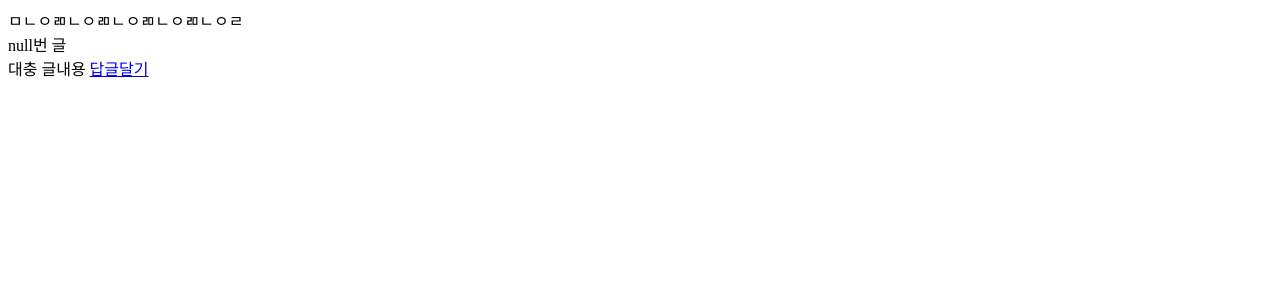
Repository: SniperDitto/save
Page: http://localhost/Boards0425/02_client/04_boards/content.jsp
The author's editor kept a copy of each file at every save. The page is drawn from the files as they stood at one save, then again after the next save.
The browser window is 1280 px wide. The pictures show the whole page.
The page is served by Tomcat 9. Other server files are loaded and not shown.

Above is the page before, as saved 2022-05-06 02:11:31.

### 2022JAVA_YSH 1/JAVA/Web/Boards0425/WebContent/02_client/04_boards/content.jsp
<%@page import="Pkg.Client.Boards.BoardVO"%>
<%@ page language="java" contentType="text/html; charset=UTF-8"
    pageEncoding="UTF-8"%>
<jsp:useBean id="vo" class="Pkg.Client.Boards.BoardVO"></jsp:useBean>
<jsp:setProperty name="vo" property="*"/>
<!DOCTYPE html>
<html>
<head>
<meta charset="UTF-8">
<title>글내용</title>
</head>
<body>
ㅁㄴㅇㄻㄴㅇㄻㄴㅇㄻㄴㅇㄻㄴㅇㄹ<br>
<%=vo.getIdx() %>번 글<br>
대충 글내용


<%
	String url = "./write.jsp";
	url += "?idx="+vo.getIdx();
	url += "&regnum="+vo.getRegnum();
	url += "&lvl="+vo.getLvl();
	url += "&combine="+vo.getCombine();
	url += "&delnum="+vo.getDelnum();
%>

<a href="<%=url %>">답글달기</a>

</body>
</html>

### 2022JAVA_YSH 1/JAVA/Web/Boards0425/src/Pkg/Client/Boards/BoardVO.java
package Pkg.Client.Boards;

public class BoardVO {

	private String idx;
	private String title;
	private String content;
	private String userID;//세션에 있음
	private String regnum;
	private String lvl;
	private String combine;
	private String visited;//db에서 처리
	private String regdate;//db에서 처리
	private String lMenuID;
	private String ord;
	private String delnum;

	public String getIdx() {
		return idx;
	}
	public void setIdx(String idx) {
		this.idx = idx;
	}
	public String getTitle() {
		return title;
	}
	public void setTitle(String title) {
		this.title = title;
	}
	public String getContent() {
		return content;
	}
	public void setContent(String content) {
		this.content = content;
	}
	public String getUserID() {
		return userID;
	}
	public void setUserID(String userID) {
		this.userID = userID;
	}
	public String getRegnum() {
		return regnum;
	}
	public void setRegnum(String regnum) {
		this.regnum = regnum;
	}
	public String getLvl() {
		return lvl;
	}
	public void setLvl(String lvl) {
		this.lvl = lvl;
	}
	public String getCombine() {
		return combine;
	}
	public void setCombine(String combine) {
		this.combine = combine;
	}
	public String getVisited() {
		return visited;
	}
	public void setVisited(String visited) {
		this.visited = visited;
	}
	public String getRegdate() {
		return regdate;
	}
	public void setRegdate(String regdate) {
		this.regdate = regdate;
	}
	public String getlMenuID() {
		return lMenuID;
	}
	public void setlMenuID(String lMenuID) {
		this.lMenuID = lMenuID;
	}
	public String getOrd() {
		return ord;
	}
	public void setOrd(String ord) {
		this.ord = ord;
	}
	public String getDelnum() {
		return delnum;
	}
	public void setDelnum(String delnum) {
		this.delnum = delnum;
	}

	@Override
	public String toString() {
		return "BoardVO [idx=" + idx + ", title=" + title + ", content=" + content + ", userID=" + userID + ", regnum="
				+ regnum + ", lvl=" + lvl + ", combine=" + combine + ", visited=" + visited + ", regdate=" + regdate
				+ ", lMenuID=" + lMenuID + ", ord=" + ord + ", delnum=" + delnum + "]";
	}



}

After the next save:
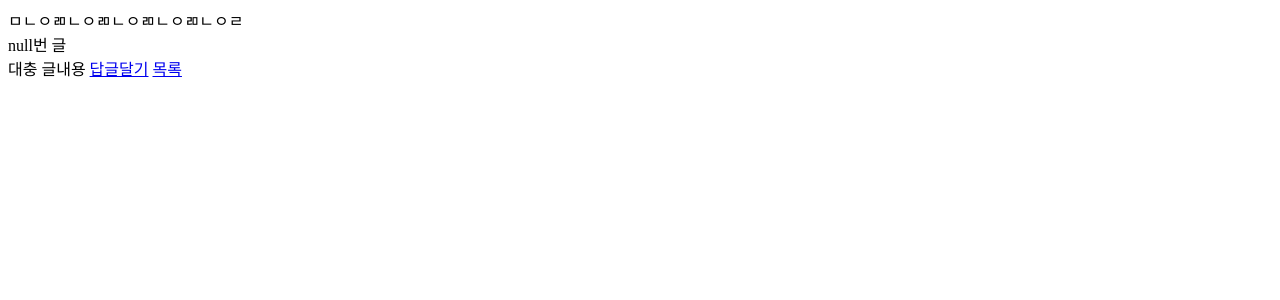
Saved 27 s later.
--- a/2022JAVA_YSH 1/JAVA/Web/Boards0425/WebContent/02_client/04_boards/content.jsp
+++ b/2022JAVA_YSH 1/JAVA/Web/Boards0425/WebContent/02_client/04_boards/content.jsp
@@ -25,6 +25,6 @@
 %>
 
 <a href="<%=url %>">답글달기</a>
-
+<a href="./list.jsp">목록</a>
 </body>
 </html>
